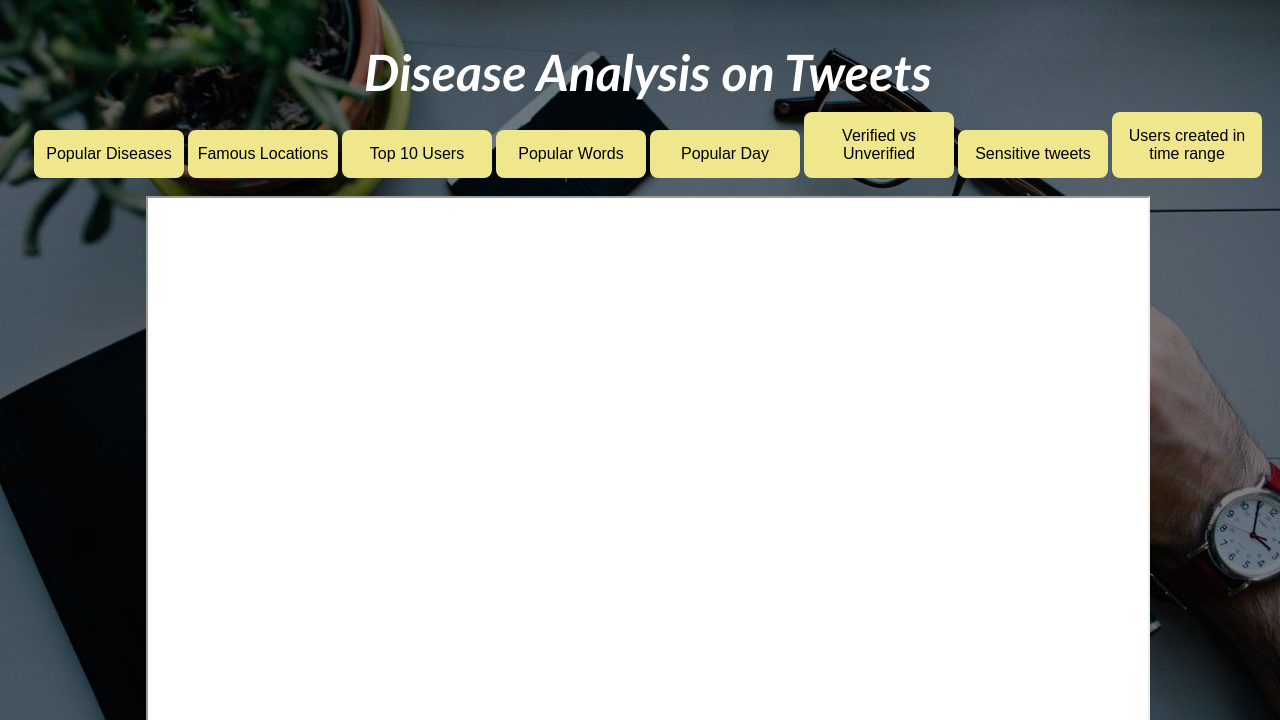
Repository: SaitejaswiK/Principles-of-BigData-Management
Page: Phase2/Source/PB_Project2/TwitterAnalysis/WebContent/home.html
The author's editor kept a copy of each file at every save. The page is drawn from the files as they stood at one save, then again after the next save.
The browser window is 1280 px wide. The pictures show the whole page.

Above is the page before, as saved 2018-12-04 04:16:21.

### Phase2/Source/PB_Project2/TwitterAnalysis/WebContent/home.html
<!DOCTYPE html>
<html lang="en">

<head>
    <meta charset="UTF-8">
    <title>Disease Analysis on Tweets</title>
    <script>
        function query1(){
            document.getElementById('frame').src='diseasecnt';
        }
        function query2(){
            document.getElementById('frame').src='worldmap(query8).html';
        }
		function query3(){
            document.getElementById('frame').src='pyramid(query2).html';
        }
		function query4(){
            document.getElementById('frame').src='wordcloud';
        }
		function query5(){
            document.getElementById('frame').src='cuisine';
        }
        function query7(){
        	document.getElementById('frame').src='piechart(query7).html';
        }
        function query10(){
        	document.getElementById('frame').src='pointChart.html';
        }
        function query8(){
        	document.getElementById('frame').src='bubblechart(query6).html';
        }
        function query6(){
        	document.getElementById('frame').src='piechart(query9).html';
        }
    </script>
    <style type="text/css">
    .abc {
    background-color: #F0E68C;
    border: none;
    color: black;
    padding: 15px 0px;
    text-align: center;
    text-decoration: none;
    border-radius:8px;
    display: inline-block;
    font-size: 16px;
    }

    .ab{
    position: fixed;
    height: 100%;
    width: 100%;
    z-index: 0;
    background-image: url('bg.jpg');
    background-size: cover;
    background-repeat: no-repeat;
    background-attachment: fixed;
    }
   </style>
</head>

<body class="ab">
<div align=center>
<h1 style="margin-bottom: 10px; text-align: center; font-family:calibri;font-size:50px;color:white;font-style:italic;">Disease Analysis on Tweets</h2>
<!--<div style="top:100px; left:45px;">-->
<button onclick="query1()" style="width:150px;" class="abc">Popular Diseases</button>
<button onclick="query2()" style="width:150px;" class="abc">Famous Locations</button>
<button onclick="query3()" style="width:150px;" class="abc">Top 10 Users</button>
<button onclick="query4()" style="width:150px;" class="abc">Popular Words</button>
<button onclick="query5()" style="width:150px;" class="abc">Popular Day</button>
<button onclick="query7()" style="width:150px;" class="abc">Verified vs Unverified</button>
<button onclick="query8()" style="width:150px;" class="abc">Sensitive tweets</button>
<button onclick="query10()" style="width:150px;" class="abc">Users created in time range</button>
<br><br>
<div style="left:30px;">
<iframe id='frame' src='' style="height: 750px; width:1000px;background-color:white"></iframe></div>
</div>
</body>
</html>

After the next save:
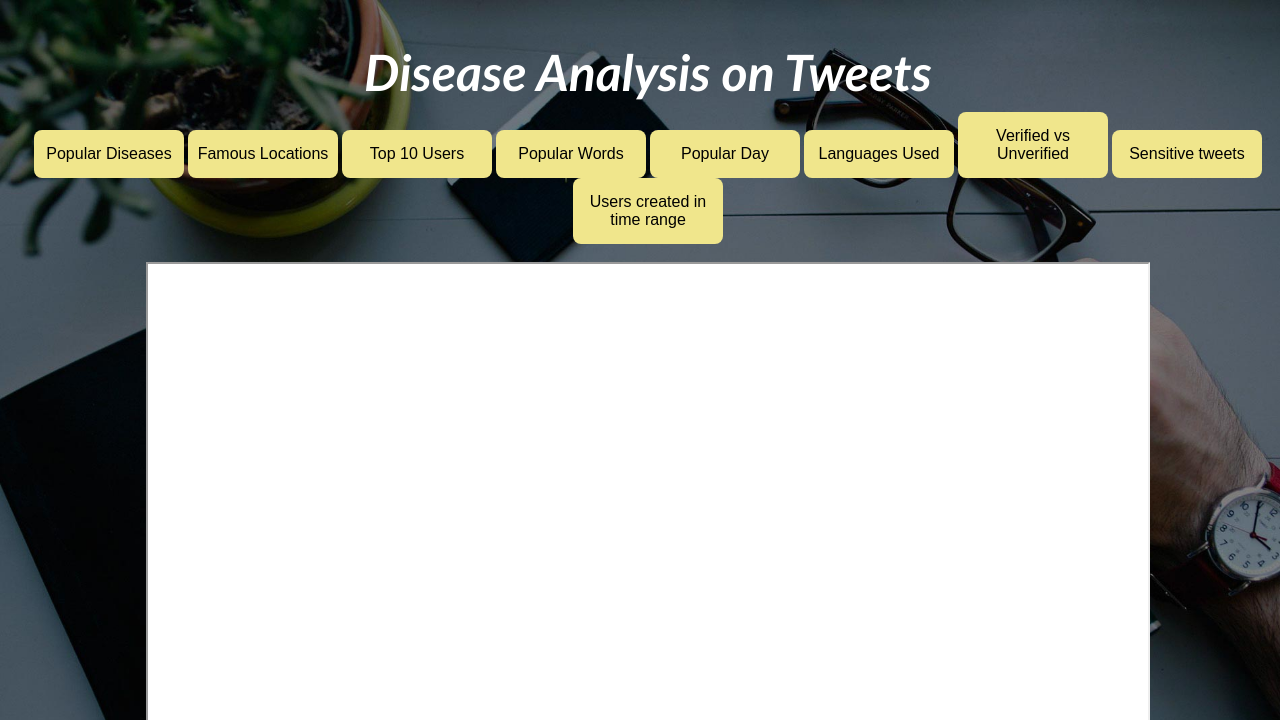
Saved 31 s later.
--- a/Phase2/Source/PB_Project2/TwitterAnalysis/WebContent/home.html
+++ b/Phase2/Source/PB_Project2/TwitterAnalysis/WebContent/home.html
@@ -68,6 +68,7 @@
 <button onclick="query3()" style="width:150px;" class="abc">Top 10 Users</button>
 <button onclick="query4()" style="width:150px;" class="abc">Popular Words</button>
 <button onclick="query5()" style="width:150px;" class="abc">Popular Day</button>
+<button onclick="query6()" style="width:150px;" class="abc">Languages Used</button>
 <button onclick="query7()" style="width:150px;" class="abc">Verified vs Unverified</button>
 <button onclick="query8()" style="width:150px;" class="abc">Sensitive tweets</button>
 <button onclick="query10()" style="width:150px;" class="abc">Users created in time range</button>
